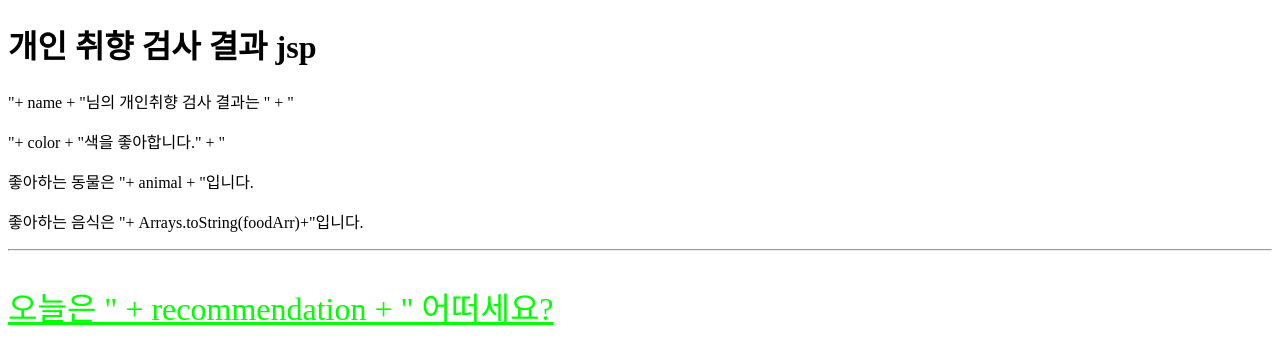
Repository: kianpas/KH_Server
Page: http://localhost/01_helloweb/servlet/testPersonEnd.jsp
These files come from the project's save history. The page is drawn as it stood at one moment and after the next save; the edit follows.
The browser window is 1280 px wide. The pictures show the whole page.
The page is served by Tomcat 9. Other server files are loaded and not shown.

Above is the page before, as saved 2021-03-24 07:26:09.

### 01_helloweb/WebContent/servlet/testPersonEnd.jsp
<%-- jsp 주석
	 jsp : java + html
	  --%>
<%@ page language="java" contentType="text/html; charset=UTF-8"
	pageEncoding="UTF-8"%>
<!DOCTYPE html>
<html>
<head>
<meta charset="UTF-8">
<title>Insert title here</title>
<style>
.recommendation {
	font-size: 2em;
	color: lime;
	text-decoration: underline;
}
</style>
</head>
<body>
</head>
<body>
	<h1>개인 취향 검사 결과 jsp</h1>
	<p>"+ name + "님의 개인취향 검사 결과는 " + "</p>
	<p>"+ color + "색을 좋아합니다." + "</p>
	<p>좋아하는 동물은 "+ animal + "입니다.</p>
	<p>좋아하는 음식은 "+ Arrays.toString(foodArr)+"입니다.</p>
	<hr>
	<p class='recommendation'>오늘은 " + recommendation + " 어떠세요?</p>
</body>
</html>

After the next save:
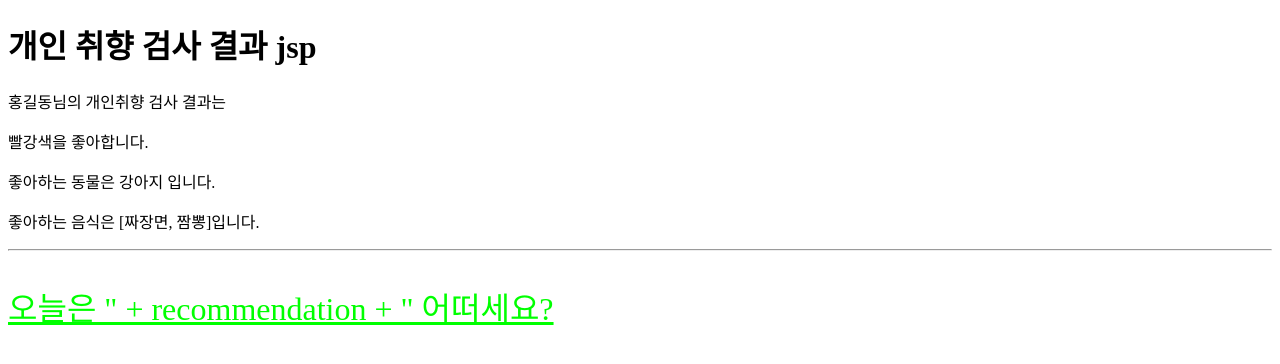
Saved 4 min 56 s later.
--- a/01_helloweb/WebContent/servlet/testPersonEnd.jsp
+++ b/01_helloweb/WebContent/servlet/testPersonEnd.jsp
@@ -20,10 +20,10 @@
 </head>
 <body>
 	<h1>개인 취향 검사 결과 jsp</h1>
-	<p>"+ name + "님의 개인취향 검사 결과는 " + "</p>
-	<p>"+ color + "색을 좋아합니다." + "</p>
-	<p>좋아하는 동물은 "+ animal + "입니다.</p>
-	<p>좋아하는 음식은 "+ Arrays.toString(foodArr)+"입니다.</p>
+	<p>홍길동님의 개인취향 검사 결과는 </p>
+	<p>빨강색을 좋아합니다.</p>
+	<p>좋아하는 동물은 강아지 입니다.</p>
+	<p>좋아하는 음식은 [짜장면, 짬뽕]입니다.</p>
 	<hr>
 	<p class='recommendation'>오늘은 " + recommendation + " 어떠세요?</p>
 </body>
